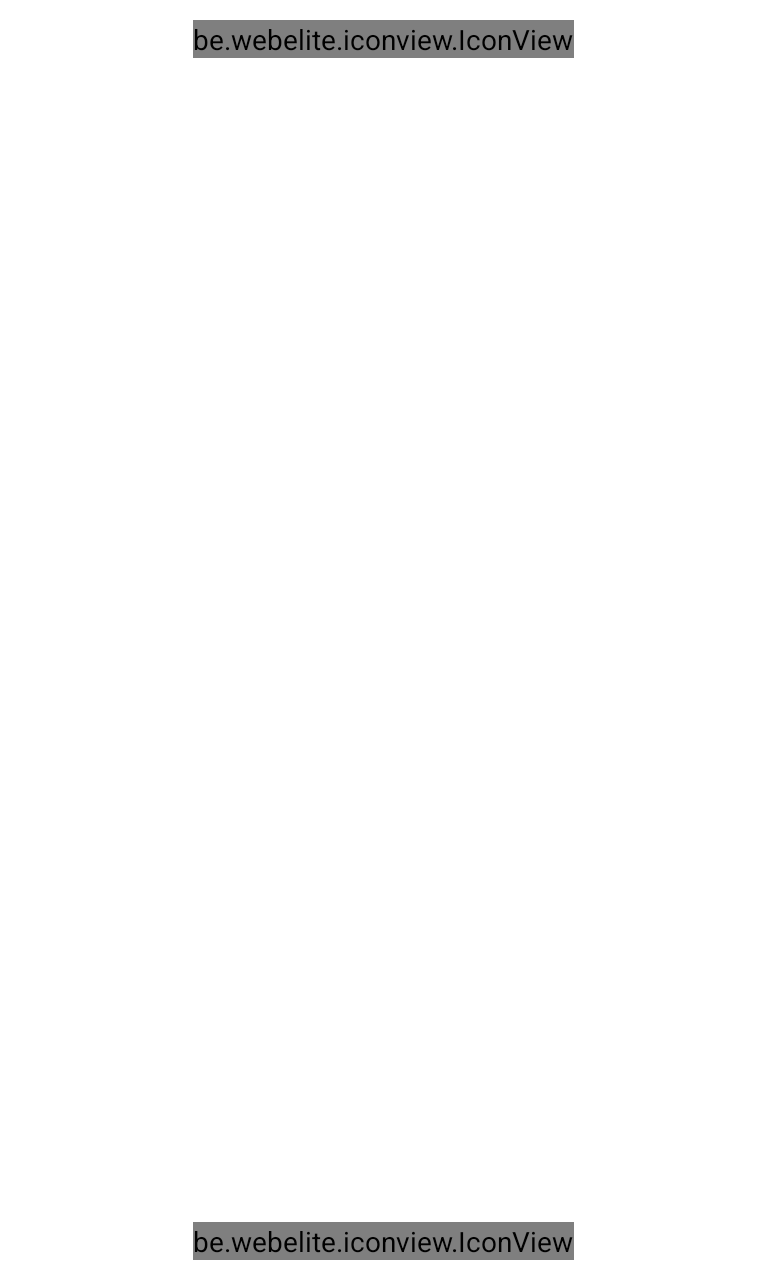
Repository: MarsVard/IconView
Layout: IconViewExample/res/layout/activity_main.xml
These files come from the project's save history. The layout is drawn as it stood at one moment and after the next save; the edit follows.
Pictures or frames that could not be fetched are drawn as grey boxes. It is drawn on a 768 x 1280 px phone screen (xhdpi) without system bars, with theme AppTheme; the app's code is not run.

Above is the layout before, as saved 2013-04-23 20:14:39.

After the next save:
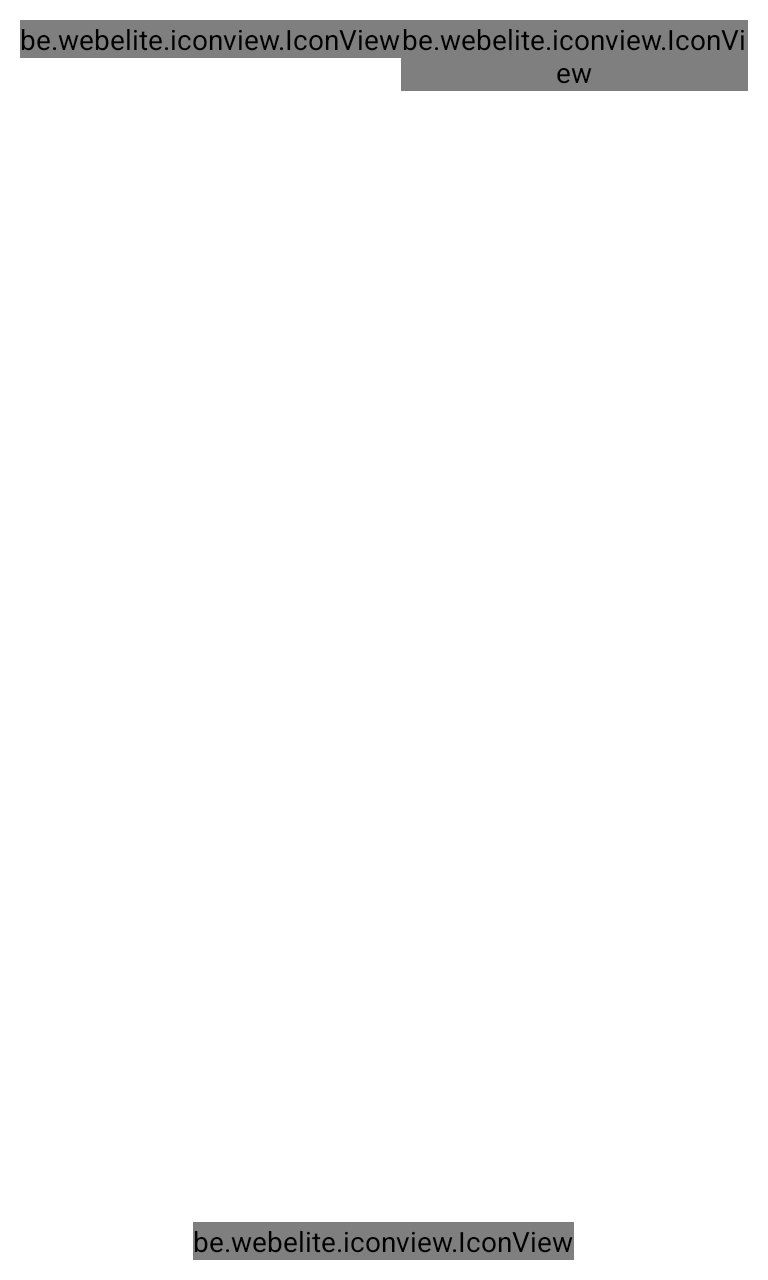
Saved 83 s later.
--- a/IconViewExample/res/layout/activity_main.xml
+++ b/IconViewExample/res/layout/activity_main.xml
@@ -6,13 +6,36 @@
     tools:context=".MainActivity"
     android:padding="10dp">
 
-    <be.webelite.iconview.IconView
+    <LinearLayout
+        android:layout_width="wrap_content"
+        android:layout_height="wrap_content"
+        android:orientation="horizontal"
+        >
+        <be.webelite.iconview.IconView
         android:layout_centerHorizontal="true"
         iconview:icon_name="entypo_github"
         android:layout_height="wrap_content"
         android:layout_width="wrap_content"
-        android:textSize="150sp"
+        android:textSize="100sp"
         android:textColor="#222222"/>
+
+        <be.webelite.iconview.IconView
+        android:layout_centerHorizontal="true"
+        iconview:icon_name="entypo_github"
+        android:layout_height="wrap_content"
+        android:layout_width="wrap_content"
+        android:textSize="80sp"
+        android:textColor="#222222"/>
+
+        <be.webelite.iconview.IconView
+        android:layout_centerHorizontal="true"
+        iconview:icon_name="entypo_github"
+        android:layout_height="wrap_content"
+        android:layout_width="wrap_content"
+        android:textSize="50sp"
+        android:textColor="#222222"/>
+    </LinearLayout>
+
 
     <be.webelite.iconview.IconView
         android:id="@+id/loading"
